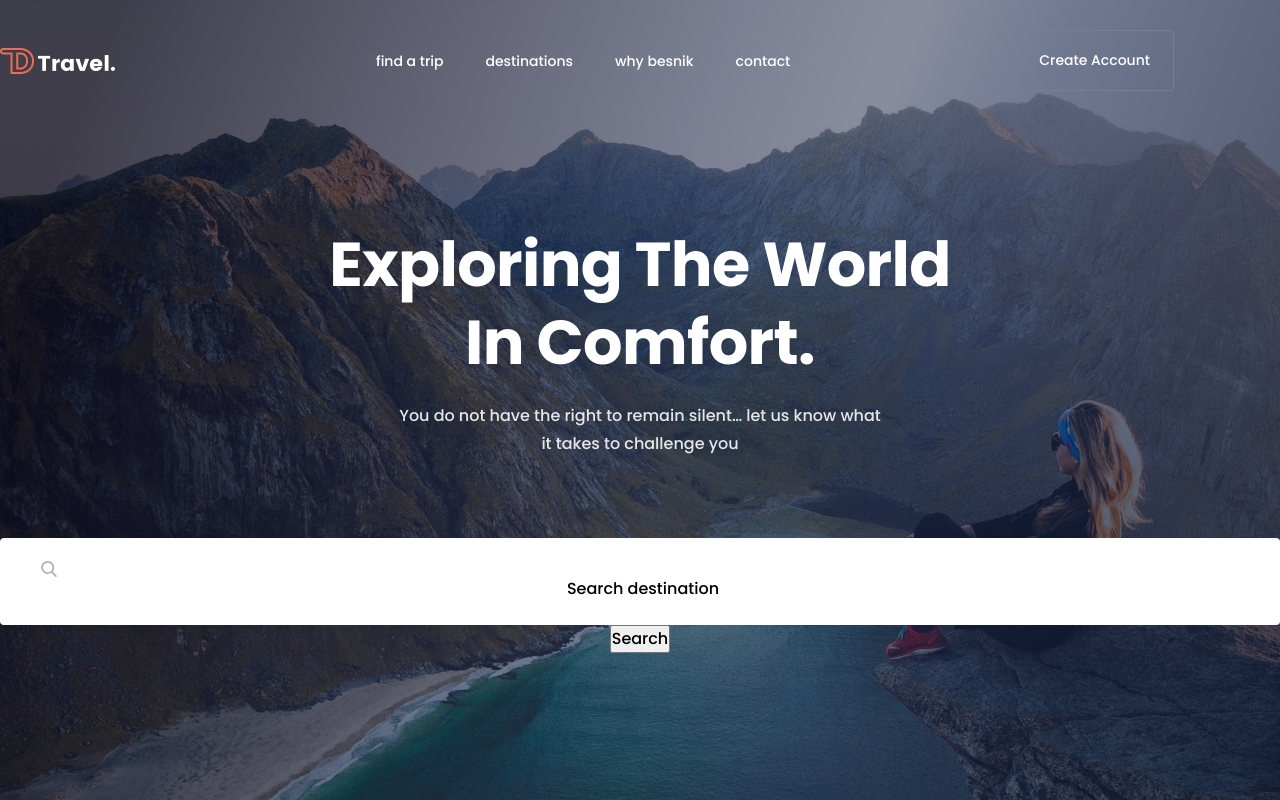
Repository: hoang0508/LandingPage-CodeTravel2
Page: index.html
An editor plug-in stored every save of this project. The page is shown before and after the next save, followed by the edit.
The browser window is 1280 px wide. The pictures show the whole page.
The style sheet was rebuilt from its Sass, Less or Tailwind sources for each picture, by a compiler version that may differ from the author's.

Above is the page before, as saved 2022-09-15 16:32:45.

After the next save:
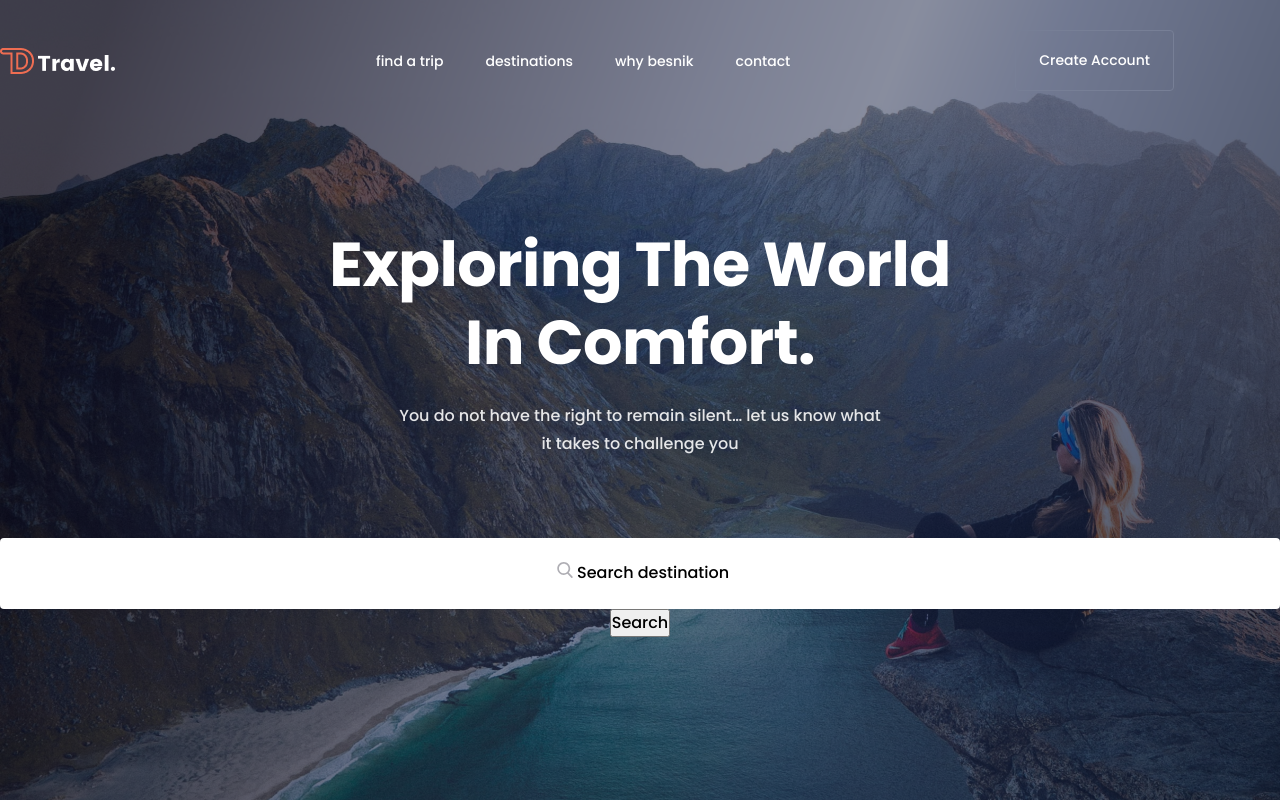
Saved 9 min 11 s later.
--- a/sass/_header.scss
+++ b/sass/_header.scss
@@ -25,6 +25,9 @@
       font-size: 14px;
     }
   }
+  &-button {
+    margin-left: auto;
+  }
   &-content {
     text-align: center;
     &--title {
@@ -49,6 +52,9 @@
       margin-bottom: 80px;
     }
     &--form {
+      display: flex;
+      justify-content: center;
+      align-items: center;
       background-color: #ffffff;
       padding: 23px 35px 24px 41px;
       border-radius: 4px;
@@ -57,6 +63,7 @@
         &--icon {
           width: 16px;
           height: 16px;
+          display: inline-block;
           img {
             width: 100%;
             height: 100%;
